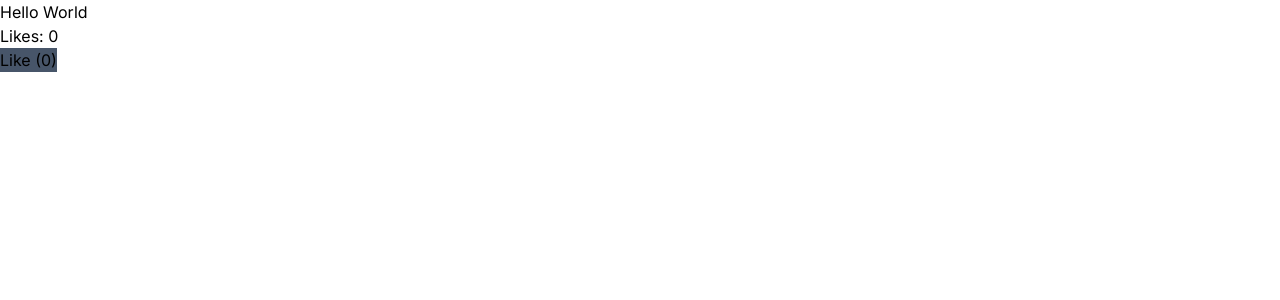
Repository: Yakyaz/myWebsite
Page: /
These files come from the project's save history. The page is drawn as it stood at one moment and after the next save; the edit follows.
The browser window is 1280 px wide. The pictures show the whole page.
The project was rebuilt for these pictures with package versions that can differ from the ones it lists, and the page was loaded fresh each time. The framework's server and built-in components were replaced by stand-ins that run in the browser. Also part of the build but not shown: next.config.js.

Above is the page before, as saved 2023-11-25 20:16:53.

### app/page.tsx
import LikeButton from "./like-button";

export default function Home() {
  return (
    <main>
      <h1 className=" text-black">Hello World</h1>
      <LikeButton />
    </main>
  );
}

### app/like-button.tsx
"use client";
import React, { useState } from "react";

const LikeButton = () => {
  const [likes, setLikes] = useState(0);

  function handleClick() {
    setLikes(likes + 1);
  }

  return (
    <div>
      <h2 className="text-black">Likes: {likes}</h2>
      <button onClick={handleClick} className="text-black bg-slate-600">
        Like ({likes})
      </button>
    </div>
  );
};

export default LikeButton;

Loaded but not shown: app/layout.tsx (common file); app/globals.css (common file); tailwind.config.ts (common file)

After the next save:
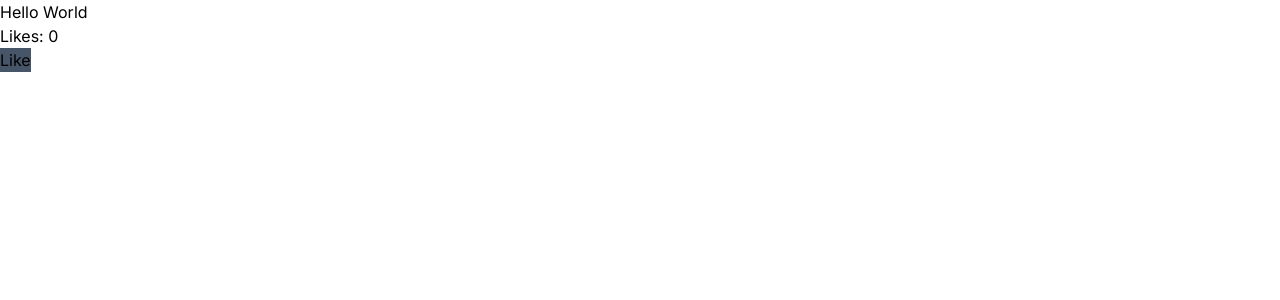
Saved 21 s later.
--- a/app/like-button.tsx
+++ b/app/like-button.tsx
@@ -12,7 +12,7 @@ const LikeButton = () => {
     <div>
       <h2 className="text-black">Likes: {likes}</h2>
       <button onClick={handleClick} className="text-black bg-slate-600">
-        Like ({likes})
+        Like
       </button>
     </div>
   );
